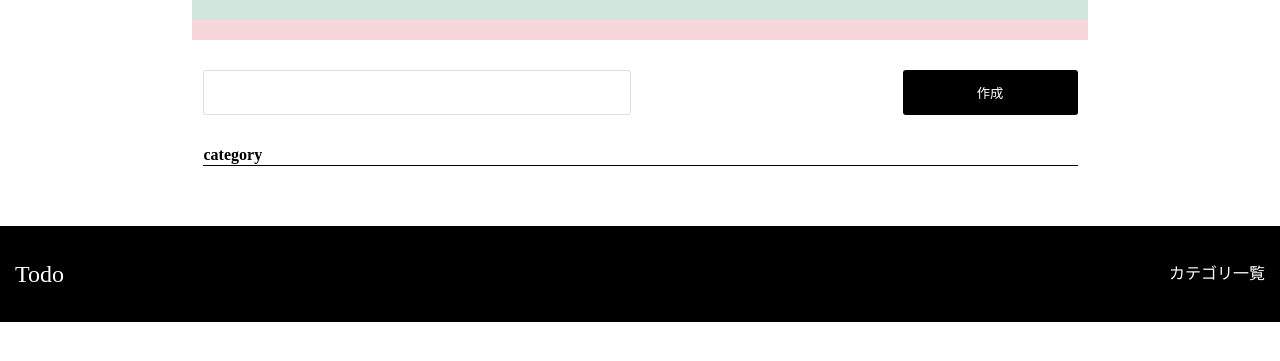
Repository: mayu-ya/todo4
Page: http://localhost/categories
The author's editor kept a copy of each file at every save. The page is drawn from the files as they stood at one save, then again after the next save.
The browser window is 1280 px wide. The pictures show the whole page.
The page is served by the project's Laravel application, run on PHP 8.4 with Laravel 8. Queries for data that is not in the repository find no rows.

Above is the page before, as saved 2026-01-13 23:18:19.

After the next save:
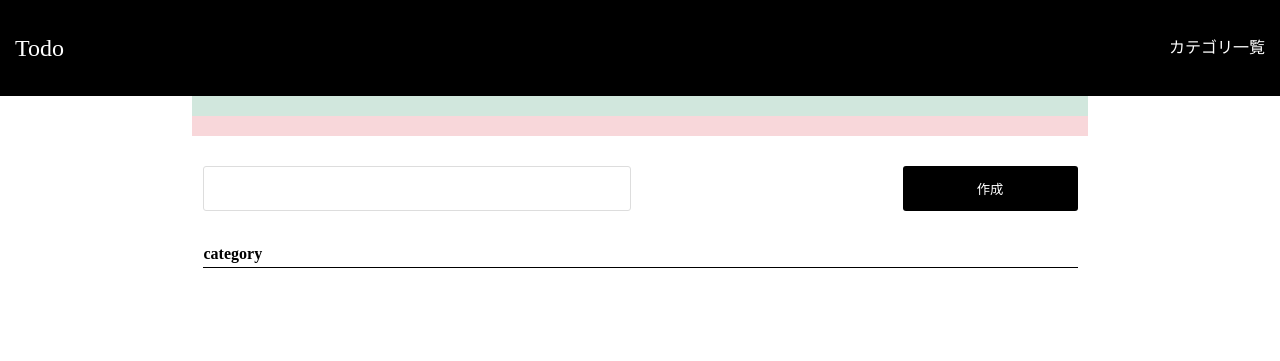
Saved 72 s later.
--- a/src/resources/views/category.blade.php
+++ b/src/resources/views/category.blade.php
@@ -53,3 +53,4 @@
         @endforeach
     </table>
 </div>
+@endsection
